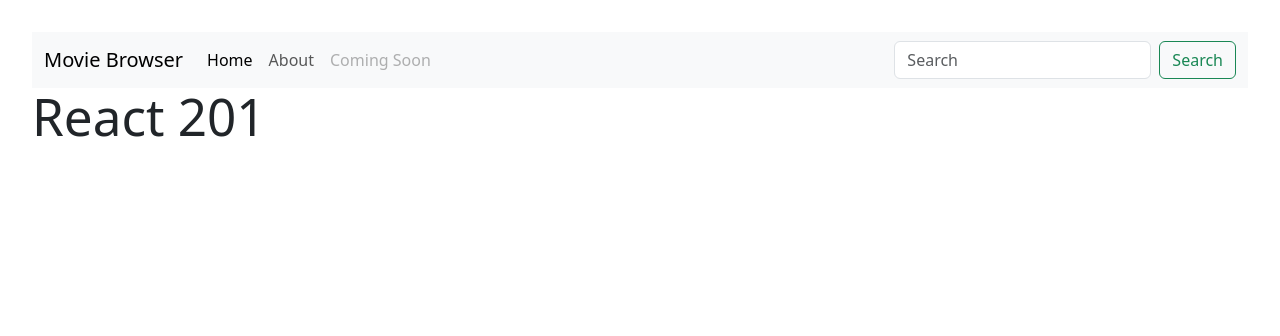
Repository: blordeus/movie-search-browser
Page: / (app in movie-browser/)
The author's editor kept a copy of each file at every save. The page is drawn from the files as they stood at one save, then again after a run of saves.
The browser window is 1280 px wide. The pictures show the whole page.
The project was rebuilt for these pictures with package versions that can differ from the ones it lists, and the page was loaded fresh each time. Also part of the build but not shown: movie-browser/vite.config.js, movie-browser/src/components/About.jsx.

Above is the page before, as saved 2023-09-03 15:06:40.

### movie-browser/index.html
<!doctype html>
<html lang="en">
  <head>
    <meta charset="UTF-8" />
    <link rel="icon" type="image/svg+xml" href="/vite.svg" />
    <meta name="viewport" content="width=device-width, initial-scale=1.0" />
    <link href="https://cdn.jsdelivr.net/npm/bootstrap@5.3.1/dist/css/bootstrap.min.css" rel="stylesheet" integrity="sha384-4bw+/aepP/YC94hEpVNVgiZdgIC5+VKNBQNGCHeKRQN+PtmoHDEXuppvnDJzQIu9" crossorigin="anonymous">
    <title>Movie Browser</title>
  </head>
  <body>
    <div id="root"></div>
    <script type="module" src="/src/main.jsx"></script>
  </body>
</html>

### movie-browser/src/App.jsx
import './App.css'
import Home from './components/Home';
import NavBar from './components/Navbar';
import About from './components/About';
import Hero from './components/Hero';
import { Routes, Route } from 'react-router-dom';

function App() {

  return (
    <>
      <NavBar/>
      <Routes>
        <Route path='/' element={<Home/>}/>
        <Route path='/about' element={<About/>}/>
      </Routes>
    </>
  )
}

export default App

### movie-browser/src/index.css
:root {
  font-family: Inter, system-ui, Avenir, Helvetica, Arial, sans-serif;
  line-height: 1.5;
  font-weight: 400;

  color-scheme: light dark;
  color: rgba(255, 255, 255, 0.87);

  font-synthesis: none;
  text-rendering: optimizeLegibility;
  -webkit-font-smoothing: antialiased;
  -moz-osx-font-smoothing: grayscale;
  -webkit-text-size-adjust: 100%;
}

a {
  font-weight: 500;
  color: #646cff;
  text-decoration: inherit;
}
a:hover {
  color: #535bf2;
}

body {
  margin: 0;
}

h1 {
  font-size: 3.2em;
  line-height: 1.1;
}

button {
  border-radius: 8px;
  border: 1px solid transparent;
  padding: 0.6em 1.2em;
  font-size: 1em;
  font-weight: 500;
  font-family: inherit;
  background-color: #1a1a1a;
  cursor: pointer;
  transition: border-color 0.25s;
}
button:hover {
  border-color: #646cff;
}
button:focus,
button:focus-visible {
  outline: 4px auto -webkit-focus-ring-color;
}

@media (prefers-color-scheme: light) {
  :root {
    color: #213547;
    background-color: #ffffff;
  }
  a:hover {
    color: #747bff;
  }
  button {
    background-color: #f9f9f9;
  }
}

### movie-browser/src/components/Home.jsx
const Home = () => {
    return (
      <div>
        <h1>React 201</h1>
      </div>
    );
  }

  export default Home;

### movie-browser/src/components/Navbar.jsx
import { Link } from "react-router-dom";
const Navbar = () => (
  <nav className="navbar navbar-expand-lg bg-body-tertiary">
    <div className="container-fluid">
      <Link className="navbar-brand" to="/">Movie Browser</Link>
      <button className="navbar-toggler" type="button" data-bs-toggle="collapse" data-bs-target="#navbarSupportedContent" aria-controls="navbarSupportedContent" aria-expanded="false" aria-label="Toggle navigation">
        <span className="navbar-toggler-icon"></span>
      </button>
      <div className="collapse navbar-collapse" id="navbarSupportedContent">
        <ul className="navbar-nav me-auto mb-2 mb-lg-0">
          <li className="nav-item">
            <Link className="nav-link active" aria-current="page" to="/">Home</Link>
          </li>
          <li className="nav-item">
            <Link className="nav-link" to="/about">About</Link>
          </li>
          <li className="nav-item">
            <Link className="nav-link disabled" aria-disabled="true">Coming Soon</Link>
          </li>
        </ul>
        <form className="d-flex" role="search">
          <input className="form-control me-2" type="search" placeholder="Search" aria-label="Search"/>
          <button className="btn btn-outline-success" type="submit">Search</button>
        </form>
      </div>
    </div>
  </nav>
);

export default Navbar;

### movie-browser/src/components/Hero.jsx
const Hero = () => {
    return (
        <header className="bg-dark text-white p-5">
            <h1>Hero Component</h1>
        </header>
    );
}

export default Hero;

Loaded but not shown: movie-browser/src/main.jsx (common file); movie-browser/src/App.css (common file)

After the next 4 saves:
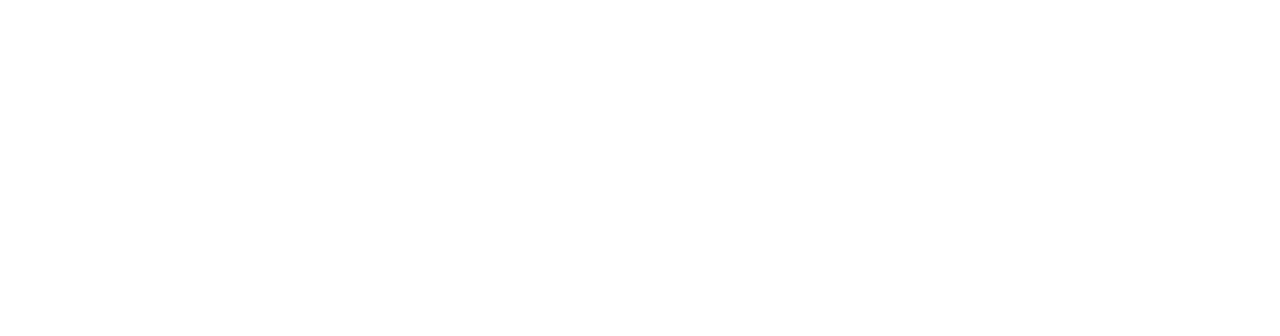
Console error: ReferenceError: Hero is not defined
The 4 saves are shown as one change because they came seconds apart.
The last was saved 17 s later.
--- a/movie-browser/src/components/Home.jsx
+++ b/movie-browser/src/components/Home.jsx
@@ -1,6 +1,7 @@
 const Home = () => {
     return (
-      <div>
+      <div><Hero/>
+
         <h1>React 201</h1>
       </div>
     );

After the 6 saves that followed:
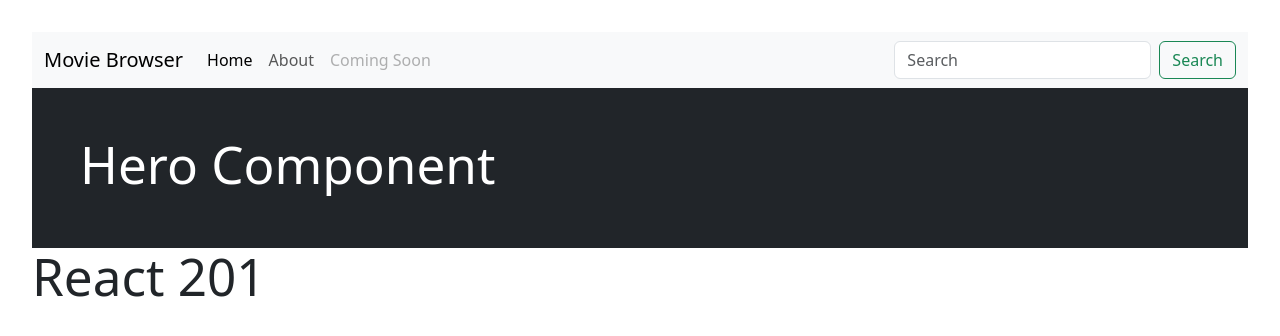
The error is gone.
The 6 saves are shown as one change because 3 left the picture as it was and some came seconds apart.
The last was saved 39 s later.
--- a/movie-browser/src/components/Home.jsx
+++ b/movie-browser/src/components/Home.jsx
@@ -1,7 +1,9 @@
+import Hero from "./Hero";
+
 const Home = () => {
     return (
-      <div><Hero/>
-
+      <div>
+        <Hero/>
         <h1>React 201</h1>
       </div>
     );
